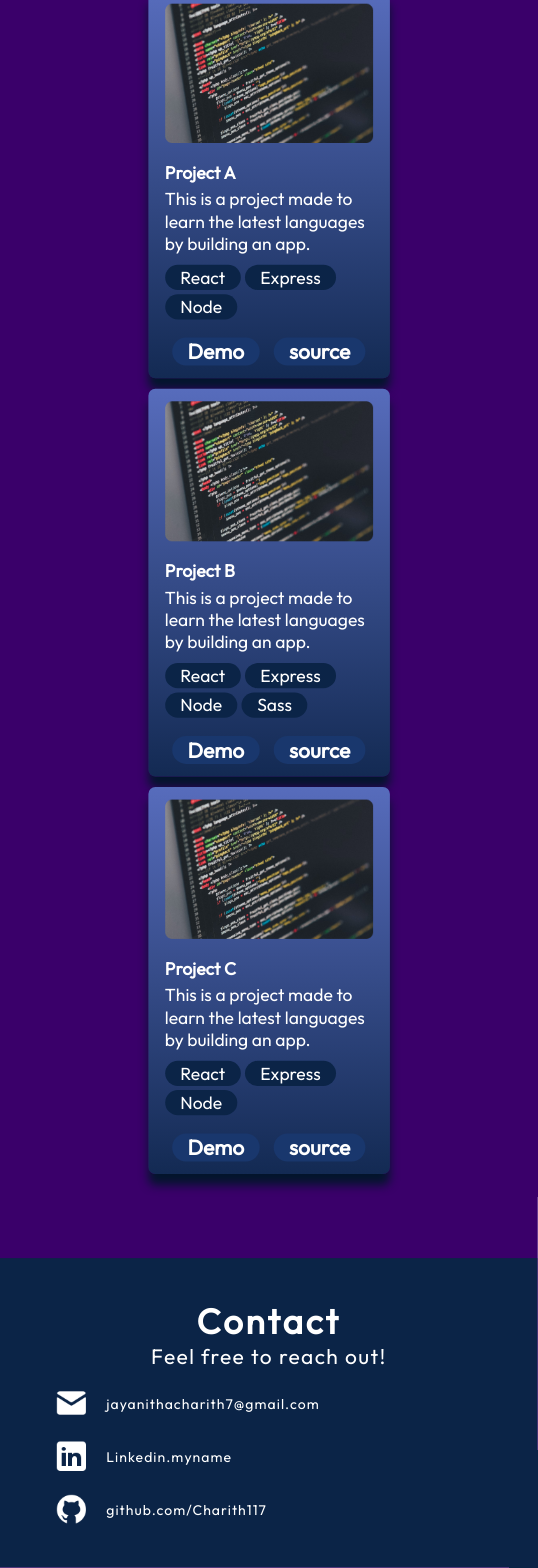
Repository: Charith117/personl-portfolio
Page: /
The author's editor kept a copy of each file at every save. The page is drawn from the files as they stood at one save, then again after a run of saves.
The browser window is 768 px wide. The pictures show the part of the page from y = 3735 to 5975 px (the page is 5975 px tall), at 70% of full size.
The project was rebuilt for these pictures with package versions that can differ from the ones it lists, and the page was loaded fresh each time. Also part of the build but not shown: vite.config.js.

Above is the page before, as saved 2024-06-18 11:51:43.

### index.html
<!doctype html>
<html lang="en">
  <head>
    <meta charset="UTF-8" />
    <link rel="icon" type="image/svg+xml" href="/vite.svg" />
    <meta name="viewport" content="width=device-width, initial-scale=1.0" />
    <title>My portfolio</title>
  </head>
  <body>
    <div id="root"></div>
    <script type="module" src="/src/main.jsx"></script>
  </body>
</html>

### src/main.jsx
import React from 'react'
import ReactDOM from 'react-dom/client'
import App from './App.jsx'
import './index.css'
import "@fontsource/outfit"
import "@fontsource/roboto"
ReactDOM.createRoot(document.getElementById('root')).render(
  <React.StrictMode>
    <App />
  </React.StrictMode>,
)

### src/App.jsx
import styles from "./App.module.css"
import About from "./components/About/About"
import { Contacts } from "./components/Contact/Contacts"
import Experience from "./components/Experience/Experience"
import Hero from "./components/Hero/Hero"
import Navbar from "./components/Navbar/Navbar"
import { Projects } from "./components/Projects/Projects"




function App() {


  return (
    <>
      <div className={styles.App}>
        <Navbar />
        <Hero/>
        <About/>
        <Experience/>
        <Projects/>
       <Contacts/>
      </div>
    </>
  )
}

export default App

### src/index.css
*{
  box-sizing: border-box;
  margin: 0;
  padding: 0;
  font-family: "outfit",Arial,Helvetica,sans-serif;
}
html{
  scroll-behavior: smooth;
}

### src/App.module.css
@import "./var.css";

.App{
    background-color:var(--color-bg);
    width: 100%;
    height: 100%;
    overflow: hidden;

}

### src/components/About/About.jsx
import React from 'react'
import styles from "./About.module.css"
import {getImageUrl} from "../../util";

const About = () => {
  return (
    <section className={styles.container}id='about'>
        <h2 className={styles.title}>about</h2>
        <div className={styles.content}>
            <img className={styles.aboutImage} src={getImageUrl("about/aboutImage.png")} alt="mMe sitting with the laptop" />
            <ul className={styles.aboutItems}>
                <li className={styles.aboutItem}>
                    <img src={getImageUrl("about/cursorIcon.png")} alt="cursor icon" />
                    <div className={styles.aboutItemText}>
                        <h3>Frontend Developer</h3>
                        <p>I'm a frontend developer with a passion for building responsive, scalable, and maintainable</p>
                    </div>
                </li>

                <li className={styles.aboutItem} >
                    <img src={getImageUrl("about/serverIcon.png")} alt="cursor icon" />
                    <div className={styles.aboutItemText}>
                        <h3>Backend Developer</h3>
                        <p>I'm a backend developer with a passion for building scalable, secure, and efficient</p>

                    </div>
                </li>

                <li className={styles.aboutItem}>
                    <img src={getImageUrl("about/uiIcon.png")} alt="cursor icon" />
                    <div className={styles.aboutItemText}>
                        <h3>UI/UX Designer</h3>
                        <p>I'm a UI/UX designer with a passion for building intuitive, user-friendly,</p>
                    </div>
                </li>
            </ul>
        </div>
    </section>
  )
}

export default About

### src/components/Contact/Contacts.jsx
import React from 'react'
import {getImageUrl} from "../../util"
import styles from "./Contact.module.css"
export const Contacts = () => {
  return (
    <footer className={styles.container}>
    <div className={styles.text}>
        <h2>Contact</h2>
        <p>Feel free to reach out!</p>
    </div>
    <ul className={styles.links}>
        <li className={styles.link}>
            <img src={getImageUrl("contact/emailIcon.png")} alt="emial icon" />
            <a href="mailto:jayanithacharith7@gmail.com">jayanithacharith7@gmail.com</a>
        </li>
        <li className={styles.link}>
            <img src={getImageUrl("contact/linkedinIcon.png")} alt="linked icon" />
            <a href="https://www.linkedin.com/myname">Linkedin.myname</a>
        </li>
        <li className={styles.link}>
            <img src={getImageUrl("contact/githubIcon.png")} alt="emial icon" />
            <a href="https://github.com/Charith117">github.com/Charith117</a>
        </li>
    </ul>
</footer>
  )
}

### src/components/Experience/Experience.jsx
import React from 'react'
import skills from "../../data/skills.json"
import history from "../../data/history.json"
import styles from "./Experience.module.css"
import { getImageUrl } from '../../util'
const Experience = () => {
  return (

    <section className={styles.container} id='experience'>
        <h2 className={styles.title}>Experience</h2>
        <div className={styles.content}>
            <div className={styles.skills}>
              { skills.map((skill, id)=>{
                    return (
                    <div key={id} className={styles.skill}>
                                <div className={styles.skillImageContainer}><img src={getImageUrl(skill.imageSrc)} alt={skill.title} />

                                </div>
                                <p>{skill.title}</p>
                         </div>

                         );
               })}
            </div>
            <ul className={styles.history}>
                {
                    history.map((historyItem,id)=>{
                        return <li key={id} className={styles.historyItem}>
                                <img src={getImageUrl(historyItem.imageSrc)}
                                alt={`${historyItem.organisation}Logo`} />

                                <div className={styles.historyItemDetails}>
                                    <h3>{`${historyItem.role},${historyItem.organisation}`}</h3>
                                    <p>{`${historyItem.startDate}-${historyItem.endDate}`}</p>
                                    <ul>
                                        {historyItem.experiences.map((experience,id)=>{
                                            return <li key={id}>{experience}</li>
                                        })}
                                    </ul>
                                </div>
                        </li>
                    })
                }
            </ul>
        </div>
    </section>
  )
}

export default Experience

### src/components/Hero/Hero.jsx
import React from 'react'
import styles from "./Hero.module.css";
import {getImageUrl} from"../../util";

const Hero = () => {
  return (
    <section className={styles.container}>
    <div className={styles.content}>
        <h1 className={styles.title}>Hi im Charith</h1>
        <p className={styles.description}>
            Im Full satck developer but im still lerning things so if you need im here
        </p>


     <div class="buttonContainer">
         <a href="mailto:jayanithacharith7@gmail.com" class={styles.contactBtn}>Contact me</a>
          <a href="path/to/your/CV.pdf" download class={styles.downloadBtn}>Download CV</a>
    </div>

    </div>
    <img className={styles.heroImg} src={getImageUrl("hero/heroImage.png")} alt="Her" />
    <div className={styles.topBlur}></div>
    <div className={styles.bottomBlur}></div>
  </section>
  );

};

export default Hero

### src/components/Navbar/Navbar.jsx
import React,{useState} from 'react';
import styles from "./Navbar.module.css";

import{getImageUrl} from "../../util";

const Navbar = () => {

const[menuOpen,setMenuOpen]=useState(false);



  return <nav className={styles.navbar}>
    <a className={styles.title} href="/">Portfolio</a>

    <div className={styles.menu}>
        <img className={styles.menuBtn}
        src={
          menuOpen
          ? getImageUrl("nav/closeIcon.png")
          : getImageUrl("nav/menuIcon.png")
          }
          onClick={()=>setMenuOpen(!menuOpen)}

          />
        <ul
        className={`${styles.menuitems} ${menuOpen && styles.menuOpen}`}
          onclick={()=>setMenuOpen(false)}
        >
                 <li>
                      <a href="#about">About</a>
                </li>
                 <li>
                      <a href="#experience">Experience</a>
                </li>
                <li>
                      <a href="#projects">Projects</a>
                </li>
                 <li>
                     <a href="#about">About</a>
                </li>
        </ul>
    </div>
  </nav>
}

export default Navbar

### src/components/Projects/Projects.jsx
import React from 'react'
import styles from "./Projects.module.css"
import Project from "../../data/project.json"
import {ProjectCard} from "./ProjectCard"


export const Projects = () => {
  return (
    <section className={styles.container} id='projects'>
        <h2 className={styles.title}>Projects</h2>
        <div className={styles.projects}>
          {Project.map((project,id)=>{
            return <ProjectCard key={id} project={project}/>;
          })}
        </div>
    </section>
  )
}

### src/var.css
:root{
    /* colors */
    --color-text:#fff;
    --color-primary:#19376d;
    --color-secondary:#f7f7f7;
    --color-dark:#0b2447;
    --color-bg:#3a006a;


    /* fonts */
    --font-roboto:"Roboto";

}

### src/components/About/About.module.css
@import "../../var.css";


.container{
    position:relative;
    background-color: rgba(12, 12, 12,0.6);
    border-radius: 15px;
    padding: 73px;
    margin-top: 129px;
    z-index: 1;
    margin-left: 10%;
    margin-right: 10%;
}

.title{
    color: var(--color-text);
    font-size: 35px;
    font-weight: 700;
    letter-spacing: 1.75px;
    text-transform: uppercase;
}

.content{
    display: flex;
    flex-direction: row;
    align-items: center;
}
.aboutImage{
    width: 25%;
}

.aboutItems{
    color:var(--color-text);
    display: flex;
    flex-direction:  column;
    gap: 50px;

}

.aboutItem{
    display:flex;
    flex-direction: row;
    align-items: center;
    border-radius:20px;
    list-style: none;
    padding: 25px;
    background-image: linear-gradient(90deg,
    rgba(165,215,232,0.42)0%,
    rgba(225,225,225,0)100%

    );

    background-size: 0 100%;
    background-repeat: no-repeat;
    transition:0.4s;

}

.aboutItem:hover{
background-size:100% 100%;

}

.about{
    font-size: 25px;
    font-weight: 600;
}

.aboutItem p{
    font-size: 25px;

}

@media screen and (max-width :830px){
  .container{
    background-color:transparent;
    padding-left: 0;
    padding-right: 0;

  }

  .content{
    font-display: column;

  }
  .aboutImage{
    display: none;
  }
  .aboutItems{
    margin-top: 29px;
  }
  .aboutItem{
    padding-left: 0;
  }

}

### src/util.js
export const getImageUrl=(path)=>{
    return new URL(`/assets/${path}`,import.meta.url).href;
}

### src/components/Contact/Contact.module.css
@import "../../var.css";


.container{
    color: var(--color-text);
    margin-top: 120px;
    background-color: var(--color-dark);
    display: flex;
    flex-direction: row;
    justify-content: space-evenly;
    width: 100vw;
    padding: 58px 10%;
    gap: 10px;


}

.text h2{
    font-size: 80px;
    font-weight: 700;
    letter-spacing: 4px;
}

.text p{
    font-size: 40px;
    font-weight: 400;
    letter-spacing: 2px;
}


.links{
    display: flex;
    flex-direction: column;
    align-items: flex-start;
    list-style: none;
    gap: 26px;
}
.link{
    display: flex;
    align-items: center;
    gap: 25px;
}
.link a{
    color:var(--color-text);
    text-decoration: none ;
    font-size: 30px;
    font-weight: 400;
    letter-spacing: 1.5px;
}

@media screen and (max-width:830px){
    .container{
            flex-direction: column;
            gap: 23px;

        }

    .text{
        display: flex;
        flex-direction: column;
        align-items: center;


    }

    .links{
        align-items: ;
    }
    .text h2{
        font-size: 50px;
        font-weight: 700;
        letter-spacing: 4px;
    }

    .text p{
        font-size: 30px;
        font-weight: 400;
        letter-spacing: 2px;
    }

    .link a{
        color:var(--color-text);
        text-decoration: none ;
        font-size: 20px;
        font-weight: 400;
        letter-spacing: 1.5px;

    }

}

### src/components/Experience/Experience.module.css
@import "../../var.css";


.container{
    color:var(--color-text);
    margin-top: 79px;
    margin-left: 10%;
    margin-right: 10%;
}

.title{
    color:var(--color-text);
    font-size: 35px;
    font-weight: 700;
    letter-spacing: 1.75px;
    text-transform: uppercase;
}

.content{
    display: flex;
    flex-direction:row ;
    justify-content: space-evenly;
    margin-top: 14px;
}
.skills{
    width: 50%;
    display: flex;
    flex-wrap:wrap;
    gap:37px;
    justify-content: center;


}

.skill{
     display: flex;
     flex-direction: column;
     align-items: center;
     gap: 11px;
}

.skillImageContainer{
    background-color:var(--color-secondary) ;
    border-radius: 100%;
    display: flex;
    align-items: center;
    justify-content: center;
    width: 120px;
    height: 120px;
}

.skillImageContainer img{

width: 75px;

}
.skill p{
    font-size: 25px;
    font-family:var(--font-roboto);
    font-weight: 500;
}

.history{
    width: 45%;
    display: flex;
    flex-direction: column;
    gap: 40px;
}

.historyItem{
    display:flex;
    flex-direction: row;
    align-items:center;
    gap:17px;
    background: #19376d;
    background: linear-gradient(90deg,#19376d 0%,rgba(25,55,100,0)100%);
    border-radius: 10px;
    padding: 24px;
}
.history img{
    width: 50px;

}

.historyItemDetails{
    font-family:var(--font-roboto);
}
.historyItemDetails h3{
    font-size: 30px;
    font-weight: 500;
}
.historyItemDetails h3{
    font-size: 20px;
    font-weight: 300;
}
.historyItemDetails ul{
    margin-top: 6px;
    list-style-position: inside;
    font-size: 25px;
    list-style-type: disc;
    margin-left: 17px;

}

@media screen and (max-width:830px){

    .content{

     flex-direction:column;
     align-items:center;
     gap: 34px;
    }


    .skills{
        width: 100px;
        flex-direction: row;
        justify-content: center;


    }
    .history{
        width: 100%;
        gap: 9px;

    }
    .title{
        text-align: center;
    }
}

### src/components/Hero/Hero.module.css
@import "../../var.css";

.container{

    position: relative;
    display: flex;
    align-items: center;
    justify-content: space-between;
    margin-top:49px;
    z-index: 1;
    margin-left: 10%;
    margin-right: 10%;


}

.content{
    display: flex;
    flex-direction: column;
    align-items:flex-start;
    color:var(--color-text);
    z-index: 1;
}
.title{
    font-size: 72px;
    font-weight: 900;
    margin-bottom: 33px;
    font-family: var(--font-roboto);
    background :linear-gradient(90deg,rgba(255,255,255,1)70%,
    rgba(255,255,255,0)120%);

}
.description{
    font-size: 25px;
    font-family: var(--font-roboto);
    margin-bottom: 20px;

}
.contactBtn, .downloadBtn {
    text-decoration: none;
    background-color: var(--color-primary);
    color: var(--color-text);
    border-radius: 100px;
    font-size: 25px;
    font-weight: 600;
    padding: 15px 22px;
    box-shadow: 0 0 4px 0 rgba(0, 0, 0, 0.25);
    display: inline-block; /* Ensure it behaves like a button */
    margin: 0 10px;

}

.downloadBtn:hover{
    color:rgb(53, 52, 53);
    background-color:blanchedalmond;
}
.contactBtn:hover{
    color:rgb(53, 52, 53);
    background-color:blanchedalmond;
}



.buttonContainer{
    display: flex;

    align-items: center;
}
.heroImg{
    width: 50%;
    z-index: 1;


    animation: floating 3s ease-in-out infinite;
}

@keyframes floating{
    0%{
        transform: translate(0,0px);
    }
    50%{
        transform: translate(0,10px);
    }

    100%{
        transform: translate(0,-0px);
    }


}
.topBlur{
    position: absolute;
    width: 50vw;
    height: 50vw;
    min-width: 350px;
    min-height: 350px;
    top: -120px;
    left: 25vw;
    background-repeat: 500px;
    background:rgba(25, 55, 109, 0.7);
    filter:blur(100px);
    z-index: 0;

}
/* .bottomBlur{
    position: absolute;
    width: 70vw;
    height: 50vw;
    min-width: 350px;
    min-height: 250px;
    top: 264px;
    left: -25vw;
    background-repeat: 764px;
    background:rgba(25, 55, 109, 0.7);
    filter:blur(100px);
    z-index: 0;
    overflow: hidden;

} */

@media screen and (max-width:830px) {
    .container{
        flex-direction:column-reverse;
    }
    .content{
        align-items:center;
    }
    .title{
        font-size: 50px;
        font-weight: 900;
        margin-bottom: 33px;
        font-family: var(--font-roboto);
        background :linear-gradient(90deg,rgba(255,255,255,1)70%,
        rgba(255,255,255,0)120%);

        -webkit-text-fill-color:transparent;
        -webkit-background-clip: text ;
    }

    .contactBtn, .downloadBtn {
        text-decoration: none;
        background-color: var(--color-primary);
        color: var(--color-text);
        border-radius: 100px;
        font-size: 18px;
        font-weight: 600;
        padding: 12px 20px;
        box-shadow: 0 0 4px 0 rgba(0, 0, 0, 0.25);
        display: inline-block; /* Ensure it behaves like a button */
        margin: 0 5px;
        margin-top: 5px;
    }
}

### src/components/Navbar/Navbar.module.css
@import "../../var.css";

.navbar{

    position: relative;
    display: flex;
    align-items: center;
    justify-content: space-between;
    padding-top: 61px;
    z-index: 2;
    margin: 0 10%;
}
.title{
    font-size:30px;
    font-weight: 600;
    text-decoration: none;
    color:var(--color-text);

}
.menu{
    display: flex;

}
.menuitems{
    display:flex;
    gap: 47px;
    list-style: none;
}
.menuitems a{
    font-size: 25px;
    text-decoration: none;
    color:var(--color-text);
}
.menuBtn{
    display: none;


}


@media screen and (max-width: 830px){
    .navbar{
        flex-direction: column;
        align-items:flex-start;
    }

    .menu{
        position: absolute;
        right: 0;
        margin-right: 10%;
        flex-direction: column;
        align-items:flex-end;
        gap: 11px;
        z-index: 3;
    }
    .menuBtn{
        display: block;
        cursor: pointer;

    }
    .menuitems{
        display: none;
        flex-direction: column;
        align-items: center;
        gap: 13px;
        border-radius:10px;
        padding: 5px;
        background:rgb(25,55,109);




    }
    .menuOpen{
        display: flex;
        z-index: 1;
    }
}

### src/components/Projects/Projects.module.css
@import "../../var.css";


.container{
    margin-top: 76px;
    color: var(--color-text);
    margin-left: 10%;
    margin-right: 10%;
}
.title{
    font-size: 35px;
    font-weight: 700;
    letter-spacing: 1.75px;
    text-transform: uppercase;
}

.projects{
    margin-top: 37px;
    display: flex;
    flex-direction: row;
    flex-wrap: wrap;
    align-items: center;
    justify-content:center;
    gap: 15px;
    width: 100%;

}

### src/components/Projects/ProjectCard.jsx
import React from 'react'
import styles from "./ProjectCard.module.css"
import {getImageUrl} from "../../util"

export const ProjectCard = ({project:{title,imageSrc,description,demo,source,skills}}) => {
  return (
    <div className={styles.container} id='project'>
          <img
          className={styles.image}
          src={getImageUrl(imageSrc)}
          alt={`image of${title}`}/>

          <h3 className={styles.title}>{title}</h3>
          <p className={styles.description}>{description}</p>

          <ul className={styles.skills}>
            {skills.map((skill,id)=>{
             return <li  key={id} className={styles.skill}>{skill}</li>
            })}
          </ul>

          <div className={styles.links}>
            <a href={demo}className={styles.link}>Demo</a>
            <a href={source}className={styles.link}>source

            </a>
          </div>
  </div>
   );
};

### src/components/Projects/ProjectCard.module.css
@import "../../var.css";


.container{
    display: flex;
    flex-direction: column;
    border-radius:10px;
    background: linear-gradient(180deg,#576cbc 0%,#132a53 100%);
    box-shadow: 0 16px 14px 0 #04152d;
    padding: 18px 24px;
    max-width: 345px;


}
.image{
    margin-bottom: 26px;

}
.title{
    font-size: 25px;
    font-weight: 700;
}

.description{
    margin-top: 6px;
    font-size: 25px;
    font-weight: 400;
}
.skills{
    width: 100%;
    margin-top: 14px;
    display: flex;
    font-display: row;
    flex-wrap: wrap;
    gap: 6px;
    list-style: none;
}

.skill{
    font-size: 25px;
    font-weight: 400;
    border-radius:100px;
    background:var(--color-dark);
    padding: 2px 22px;


}
.links{
    width: 100%;
    margin-top: 26px;
    display: flex;
    justify-content: space-around;

}

.link{
    text-decoration: none;
    color:var(--color-text);
    font-size: 30px;
    font-weight: 600;
    border-radius:100px;
    background:var(--color-primary);
    padding: 1px 22px;

}

Loaded but not shown: src/data/skills.json (common file); src/data/history.json (common file); src/data/project.json (common file)

After the next 3 saves:
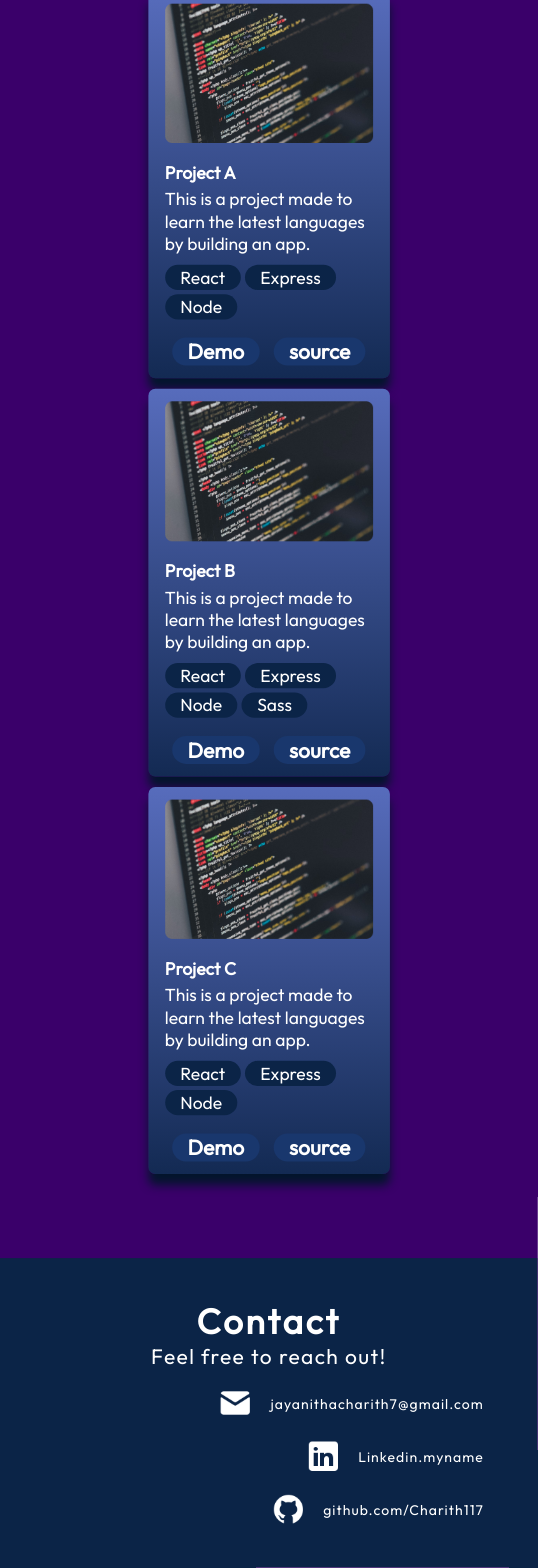
The 3 saves are shown as one change because they came seconds apart.
The last was saved 12 s later.
--- a/src/components/Contact/Contact.module.css
+++ b/src/components/Contact/Contact.module.css
@@ -64,7 +64,7 @@
     }
 
     .links{
-        align-items: ;
+       align-items:end
     }
     .text h2{
         font-size: 50px;

After the save that followed:
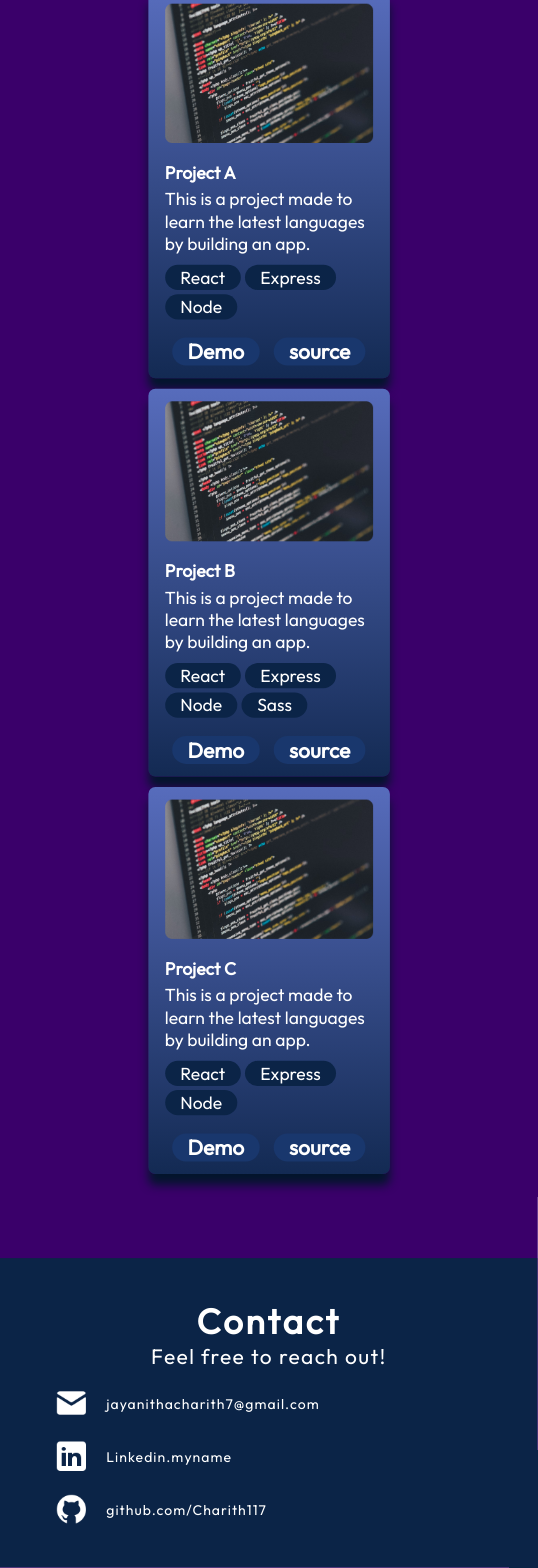
Saved 4 s later.
--- a/src/components/Contact/Contact.module.css
+++ b/src/components/Contact/Contact.module.css
@@ -64,7 +64,7 @@
     }
 
     .links{
-       align-items:end
+       align-items:
     }
     .text h2{
         font-size: 50px;
